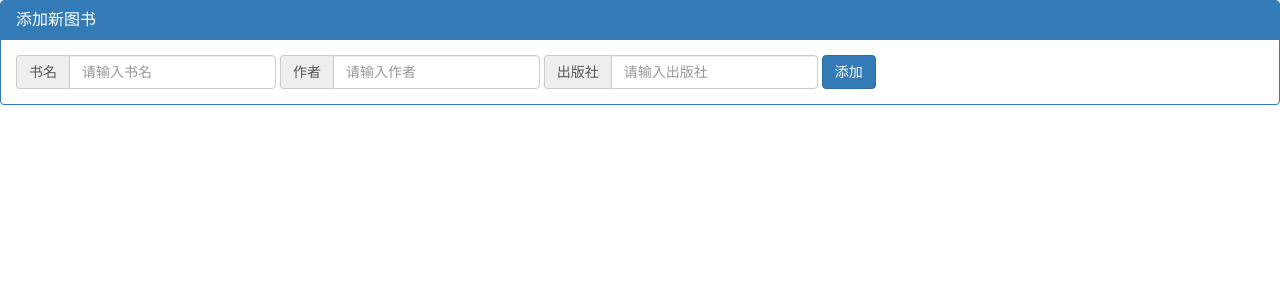
Repository: R1Deemo/ajax
Page: 图书管理.html
An editor plug-in stored every save of this project. The page is shown before and after the next save, followed by the edit.
The browser window is 1280 px wide. The pictures show the whole page.

Above is the page before, as saved 2022-10-24 19:42:22.

After the next save:
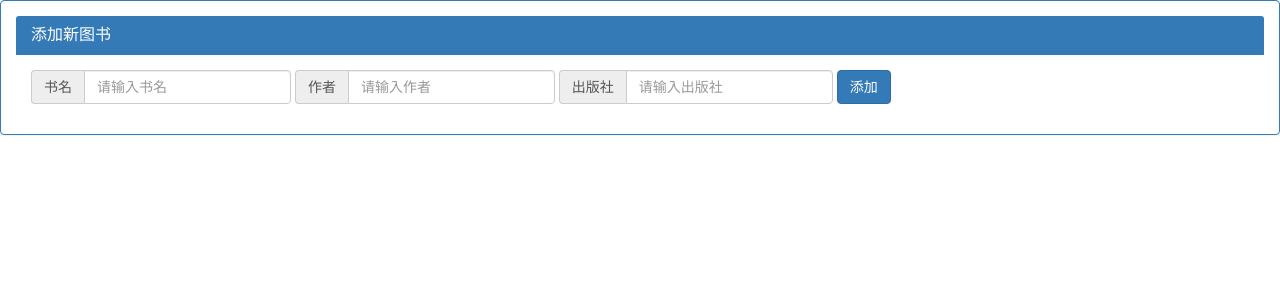
Saved 73 s later.
--- a/图书管理.html
+++ b/图书管理.html
@@ -8,6 +8,11 @@
     <title>Document</title>
     <link rel="stylesheet" href="./lib/bootstrap.css">
     <script src="./lib/jquery.js"></script>
+    <style>
+        .panel {
+            padding: 15px;
+        }
+    </style>
 
 </head>
 
